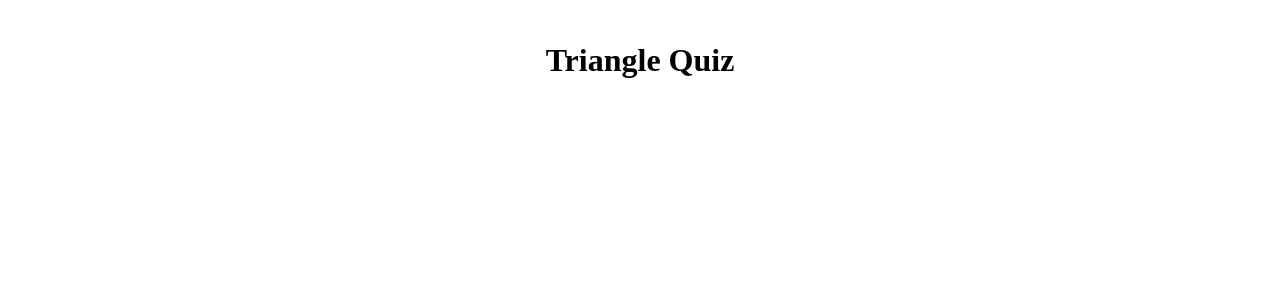
Repository: patelamancode/Fun-with-trianles
Page: quiz.html
The author's editor kept a copy of each file at every save. The page is drawn from the files as they stood at one save, then again after the next save.
The browser window is 1280 px wide. The pictures show the whole page.

Above is the page before, as saved 2022-11-28 18:30:41.
Console error: TypeError: Cannot read properties of null (reading 'addEventListener')

### quiz.html
<!DOCTYPE html>
<html lang="en">
<head>
    <meta charset="UTF-8">
    <meta http-equiv="X-UA-Compatible" content="IE=edge">
    <meta name="viewport" content="width=device-width, initial-scale=1.0">
    <link rel="stylesheet" href="index.css">
    <title>Quiz-page</title>
</head>
<body>
    <div id="main-container">
        <h1>Triangle Quiz</h1>

    </div>
    <script src="index.js"></script>
</body>
</html>

### index.css
* {
  margin: 0;
  padding: 0;
}

#navbar {
  background-color: rgba(143, 82, 201, 0.459);
  display: flex;
  flex-direction: row;
  justify-content: space-between;
  padding: 1rem;
}
#nav-title {
  font-style: italic;
  font-weight: 300;
  font-size: medium;
}
#nav-links {
  display: flex;
  flex-direction: row;
  justify-content: space-around;
  margin-right: 5rem;
}

#nav-links a {
    display: flex;
    margin-right: 1.5rem;
    cursor: pointer;
}

#main-container {
  display: flex;
  flex-direction: column;
  width: 40vw;
  margin: auto;
  margin-top: 2rem;
  padding: 10px;
  text-align: center;
}

.app-title {
  margin: 2rem 0 0 0;
}

#error-check-for-angles{
  background-color: yellow;
  display: none;
  padding: 0.5rem;
}

label {
  margin-top: 2rem;
  margin-bottom: 0.3rem;
  text-align: left;
  font-family: monospace;
}
input {
  border: 2px solid rgb(134, 55, 207);
  border-radius: 5px;
  padding: 5px;
}
#check-btn {
  margin: auto;
  text-align: center;
  margin-top: 2rem;
  width: 40%;
  padding: 5px 0px;
  background-color: rgba(143, 82, 201, 0.521);
  border: 1px solid;
  border-radius: 5px;
}
#result-display {
    display: none;
    padding-top: 1rem;
    font-style: italic;
    margin: auto;
  }

### index.js
const angle1 = document.querySelector('#angle1-input');
const angle2 = document.querySelector('#angle2-input');
const angle3 = document.querySelector('#angle3-input');
const button = document.querySelector('#check-btn');
const output = document.querySelector('#result-display');
const errorForInputs = document.querySelector('#error-check-for-angles');

// function errorForInputs(msg){
//     errorForInputs.style.display = "flex";
//     errorForInputs.innerText = msg;
// }
function showOutputMessage(msg){
    output.style.display = "flex";
    output.innerText = msg;
}
// For Is triangle :
function calculateSumOfAngles(input1,input2,input3){
    const sumOfAngles = input1 +input2 +input3;
    if(sumOfAngles === 180){
        showOutputMessage("Yeah..🤗This is a triangle");
    }else {
        showOutputMessage("Please enter some valid inputs to form a triangle 🤪");
    }
}
function isTriangle(){
    var num1 = Number(angle1.value);
    var num2 = Number(angle2.value);
    var num3 = Number(angle3.value);
    if(!num1 || !num2 || !num3){
        console.log("Please make sure about all inputs as per mention format");
    }else {
        calculateSumOfAngles(num1,num3,num3);
    }
}

// For Quiz :





button.addEventListener('click', function(){
    isTriangle();
})

After the next save:
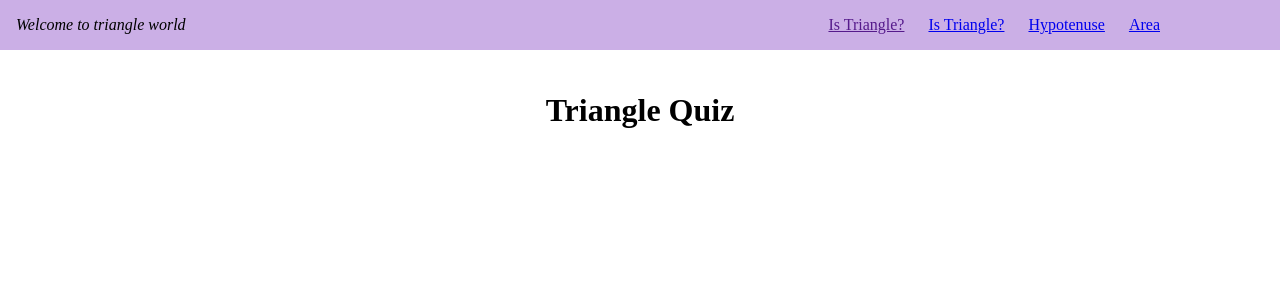
Saved 51 s later.
--- a/quiz.html
+++ b/quiz.html
@@ -8,6 +8,15 @@
     <title>Quiz-page</title>
 </head>
 <body>
+    <nav id="navbar">
+        <p id="nav-title">Welcome to triangle world</p>
+        <div id="nav-links">
+            <a href="" id="Is-triangle">Is Triangle?</a>
+            <a href="quiz.html" id="Is-triangle">Is Triangle?</a>
+            <a href="hypotenuse.html" id="hypo">Hypotenuse</a>
+            <a href="area.html" id="area">Area</a>
+        </div>
+    </nav>
     <div id="main-container">
         <h1>Triangle Quiz</h1>
 
